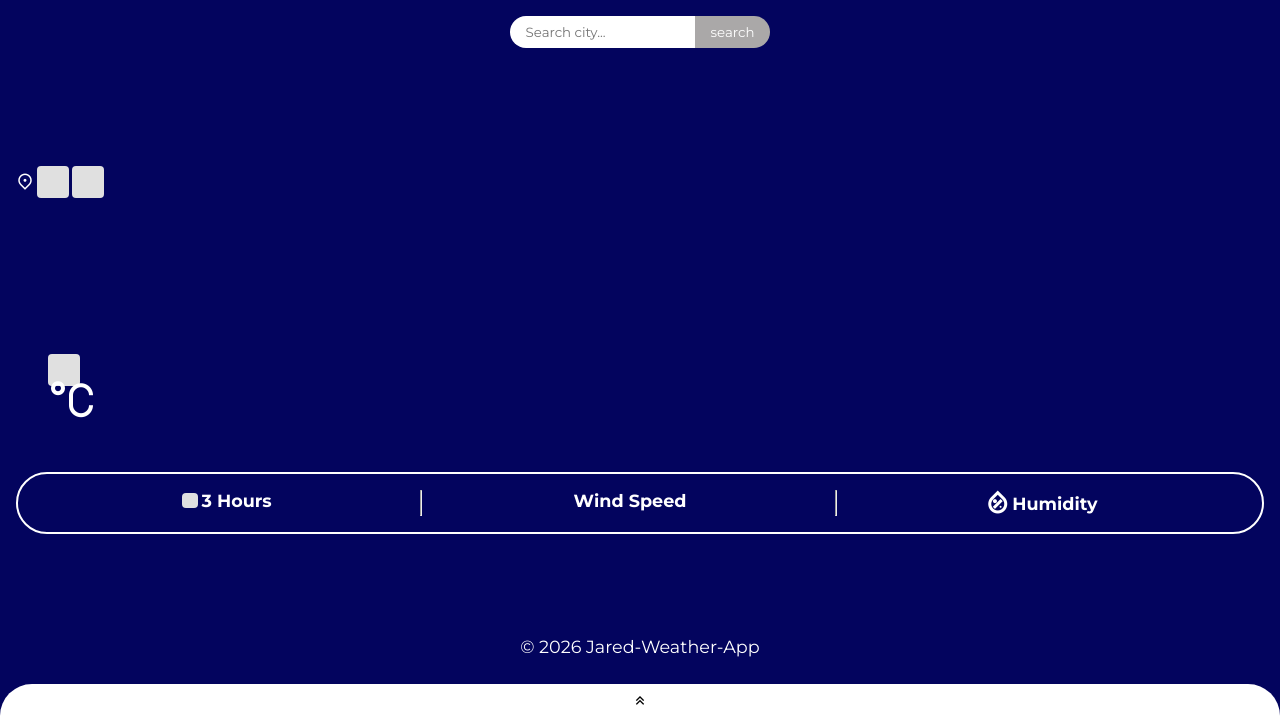
Repository: EguJaredoBoyd/Jared-Weather-App
Page: main.html
The author's editor kept a copy of each file at every save. The page is drawn from the files as they stood at one save, then again after the next save.
The browser window is 1280 px wide. The pictures show the whole page.
Some icons come from a web library that is not loaded, so they are not drawn. Some web libraries are served in a nearby version.

Above is the page before, as saved 2026-02-12 05:13:00.

After the next save:
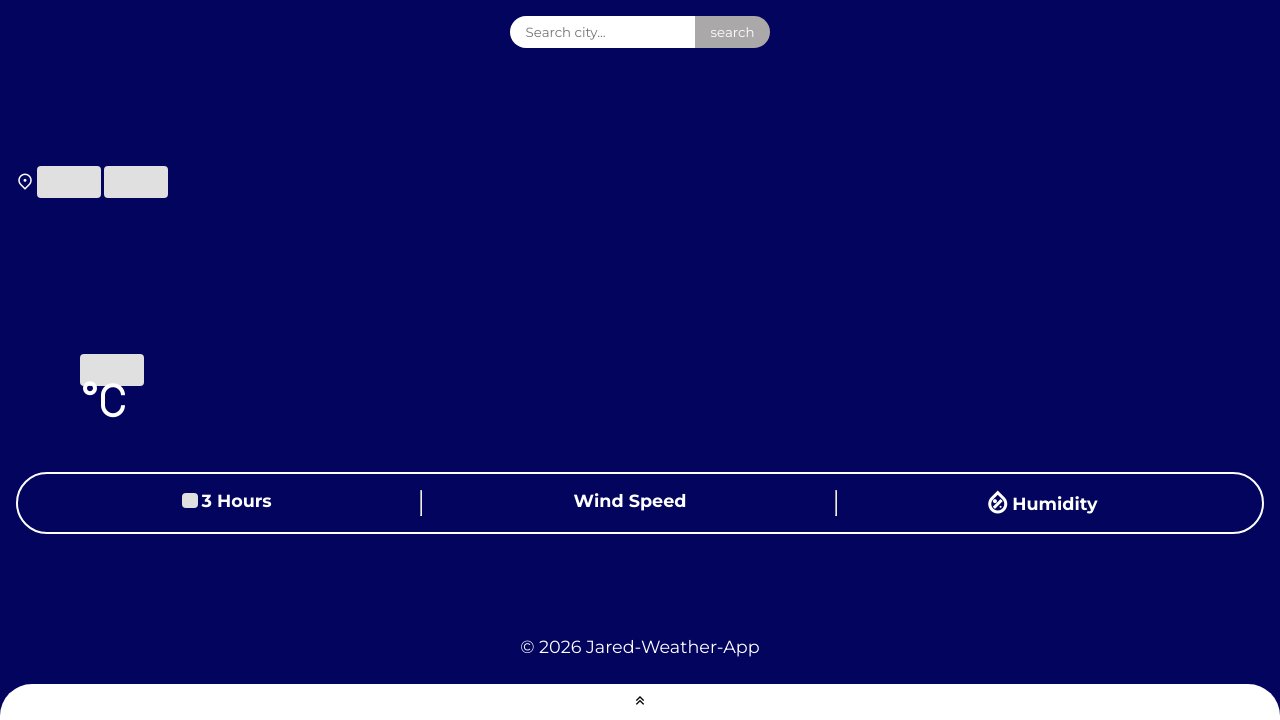
Saved 15 s later.
--- a/css/skeleton-loading.css
+++ b/css/skeleton-loading.css
@@ -13,7 +13,7 @@
 
 .skeleton-text {
   height: 2rem;
-  width: 2rem;
+  width: 4rem;
 }
 
 @keyframes shimmer {
